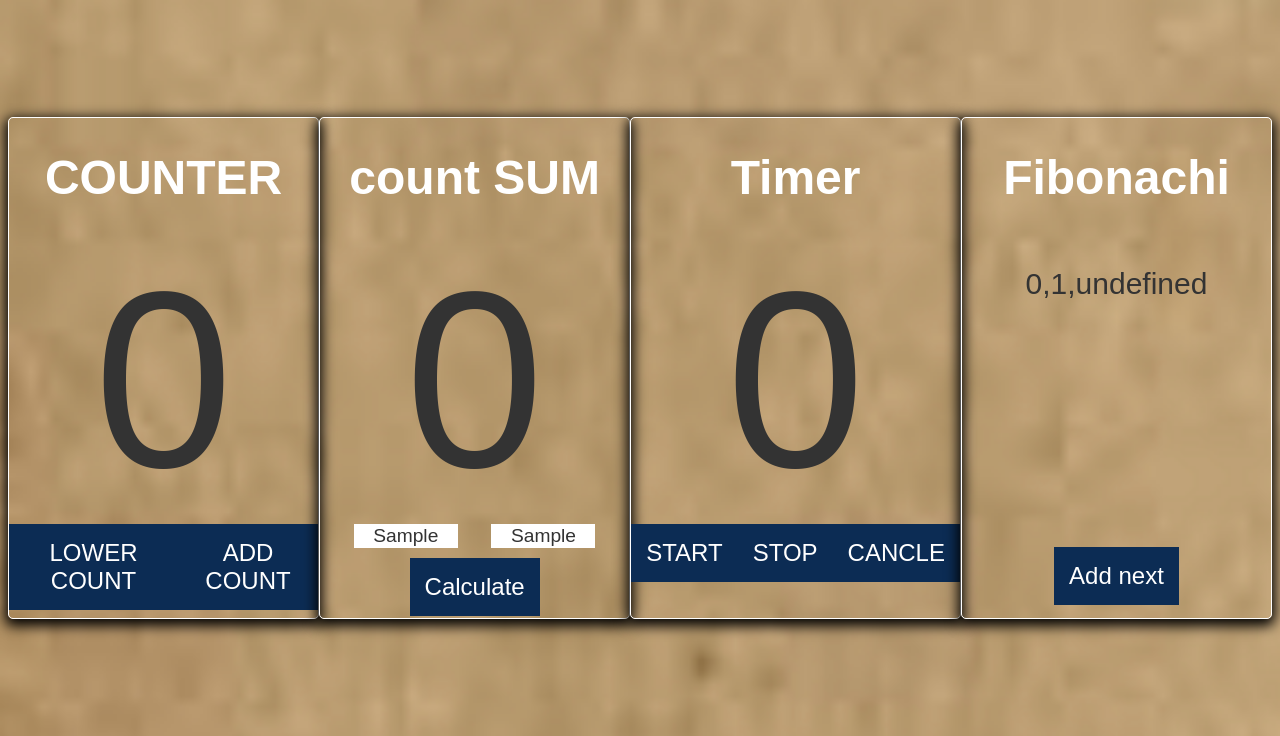
Repository: Hasmik-icml/counter
Page: index.html
These files come from the project's save history. The page is drawn as it stood at one moment and after the next save; the edit follows.
The browser window is 1280 px wide. The pictures show the whole page.
Empty fields were first filled with sample values (such as "Sample", 5 or name@example.com).
After loading, the first visible `div.fibonachiButtons` was clicked once.

Above is the page before, as saved 2022-02-14 23:38:59.

After the next save:
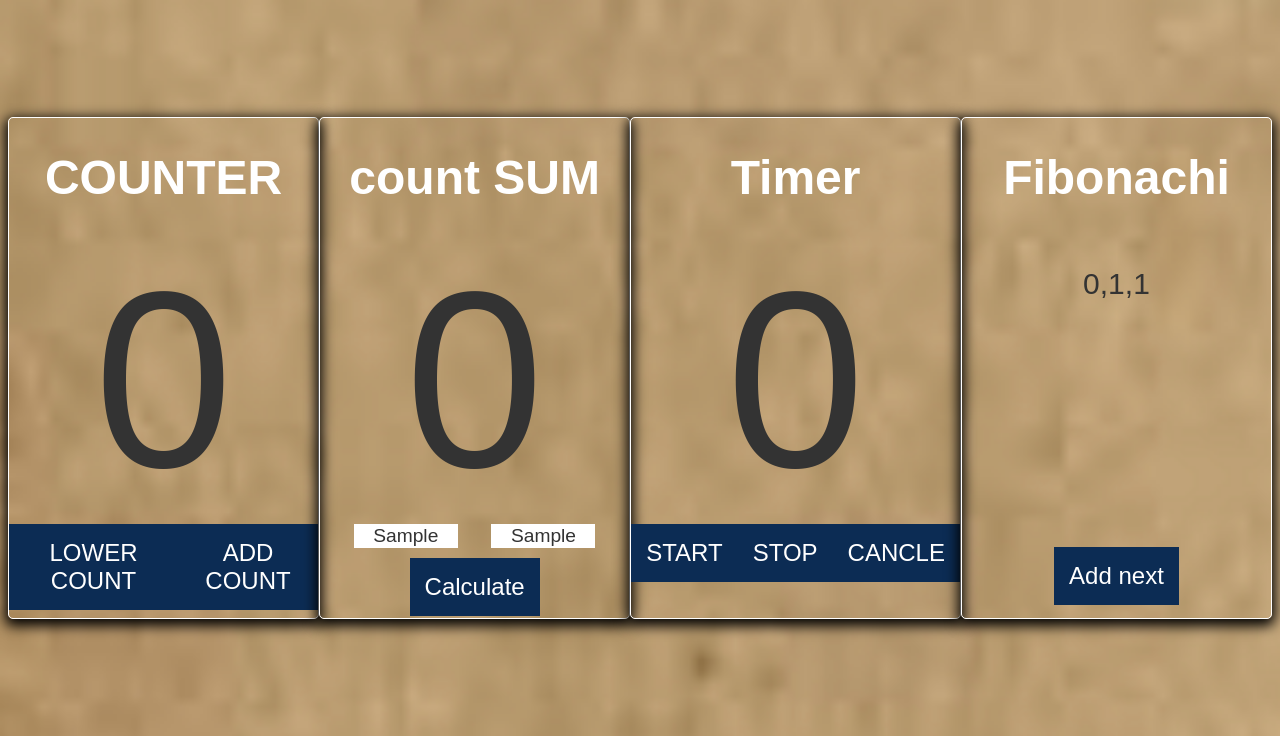
Saved 5 s later.
--- a/index.js
+++ b/index.js
@@ -69,7 +69,7 @@ let fibonachiNumbers = [0, 1];
 
 document.querySelector(".fibonachiButtons").addEventListener("click", function () {
     let next = fibonachiNumbers.length;
-
+    fib();
 
 
 
@@ -81,5 +81,5 @@ document.querySelector(".fibonachiButtons").addEventListener("click", function (
 function fib() {
 
     fibonachiNumbers.push(fibonachiNumbers[fibonachiNumbers.length - 1] + fibonachiNumbers[fibonachiNumbers.length - 2]);
-    fib();
+
 }
